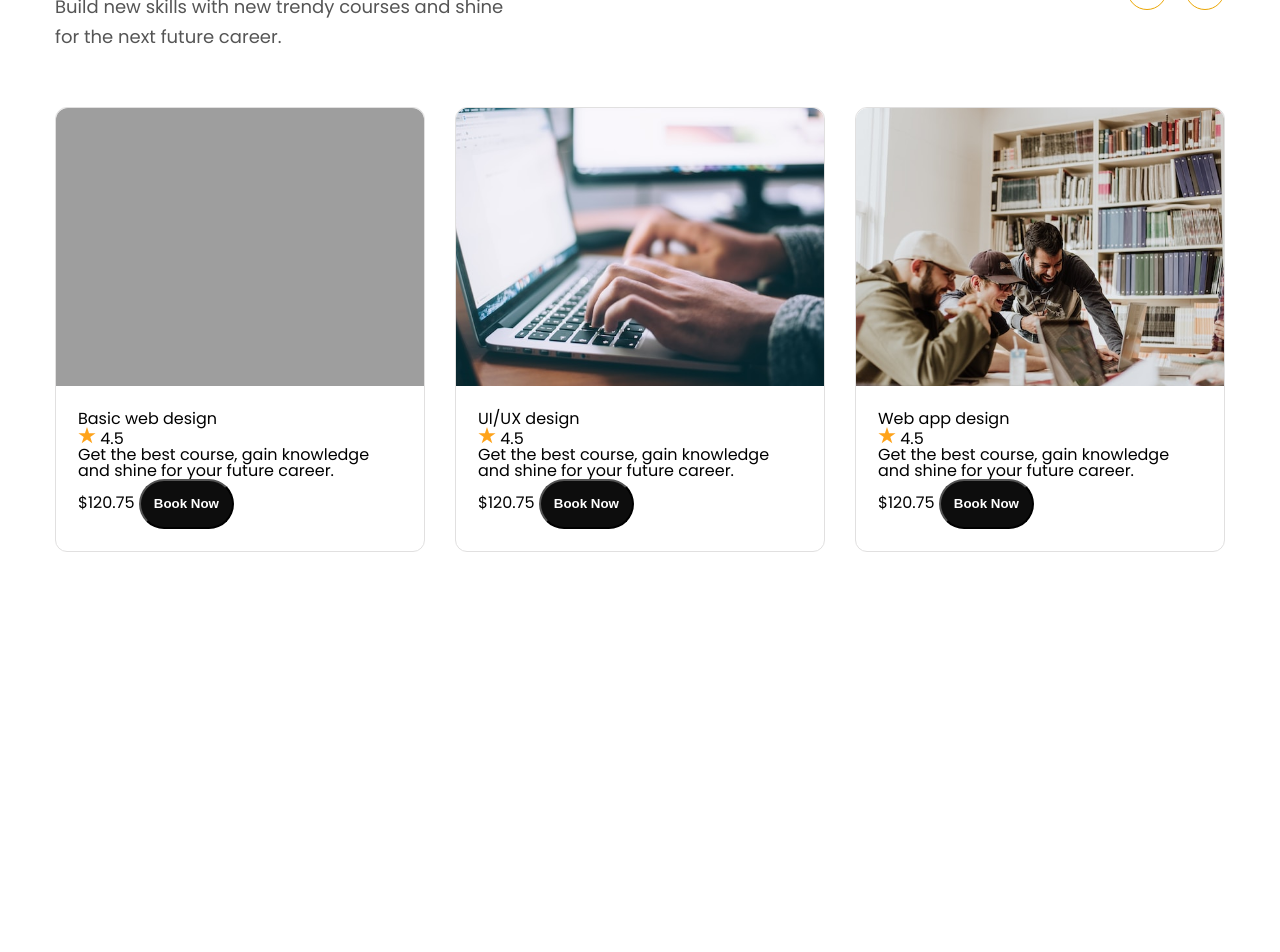
Repository: nguyendonghieu1011-png/figma-to-html1
Page: index.html
The author's editor kept a copy of each file at every save. The page is drawn from the files as they stood at one save, then again after the next save.
The browser window is 1280 px wide. The pictures show the part of the page from y = 1171 to 2123 px (the page is 10000 px tall).
Pictures or frames that could not be fetched are drawn as grey boxes. A picture or video elsewhere on the page could not be fetched, so the positions and the page height are approximate. Some web fonts or font styles are not loaded; a fallback is used. Some web libraries are served in a nearby version.

Above is the page before, as saved 2026-01-02 17:33:02.

After the next save:
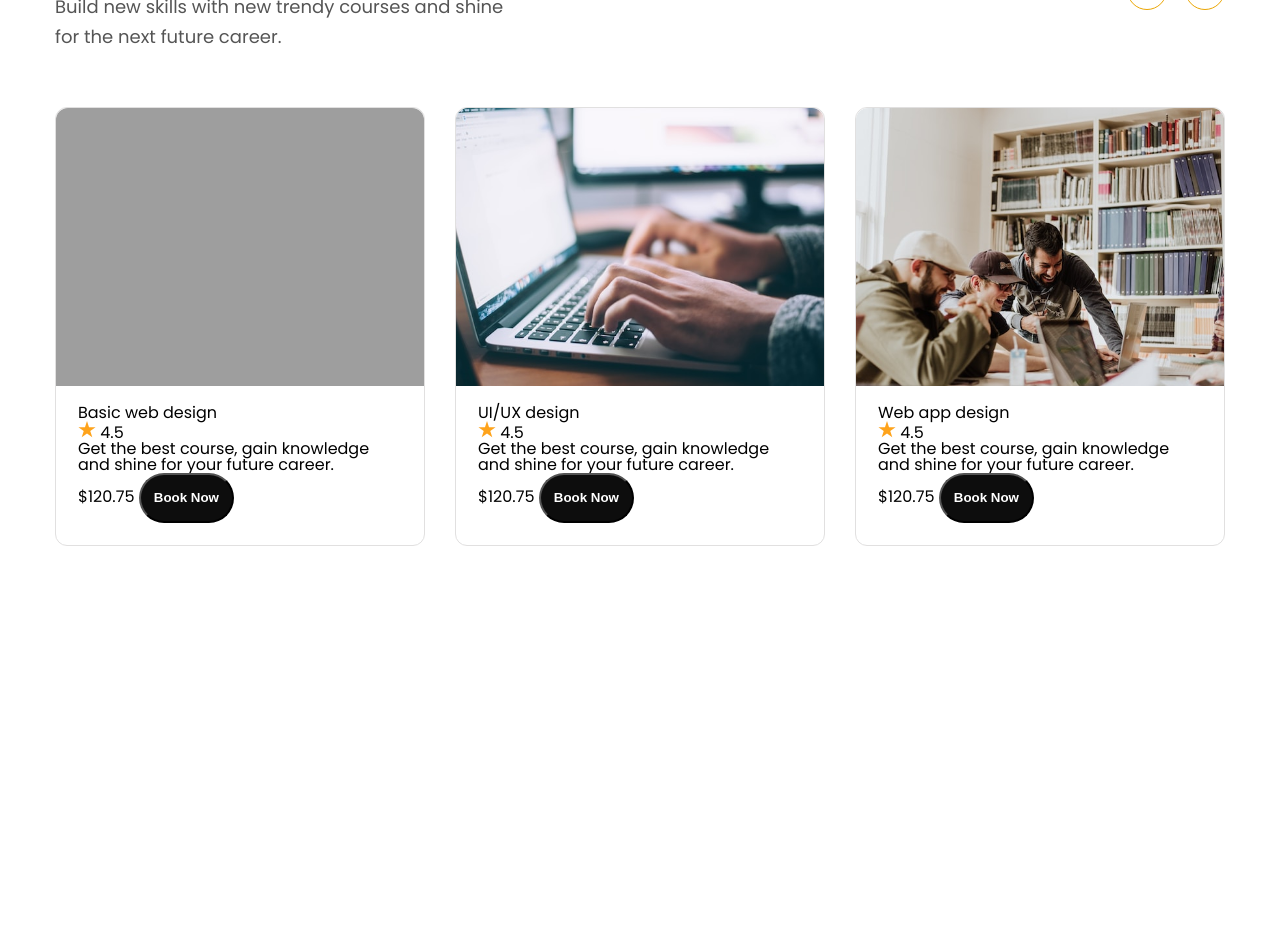
Saved 66 s later.
--- a/assets/css/style.css
+++ b/assets/css/style.css
@@ -346,5 +346,5 @@ a {
 }
 
 .popular .course-item .info {
-  margin: 22px;
-}
+  padding: 16px 22px 22px;
+}
